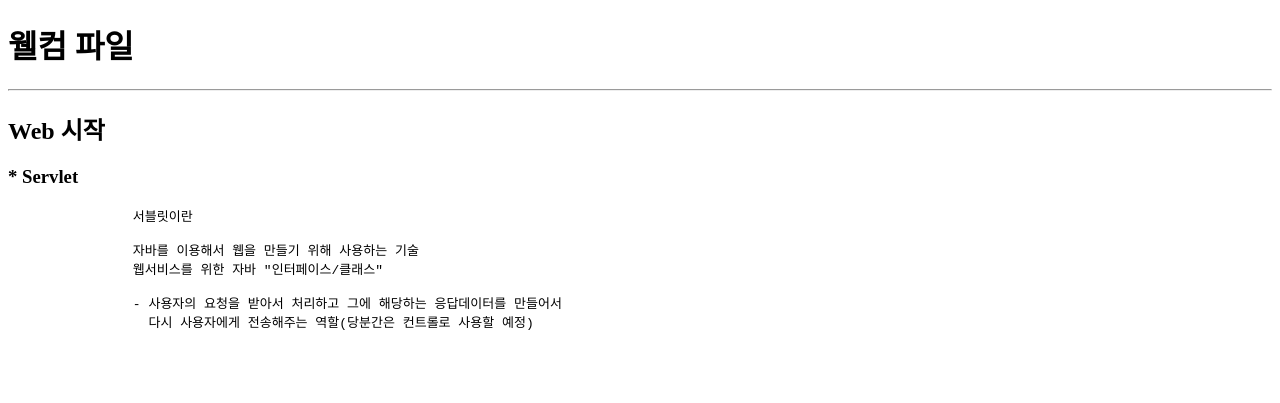
Repository: Simyoungdo04/dynamic-workspace
Page: FirstProject/src/main/webapp/index.html
These files come from the project's save history. The page is drawn as it stood at one moment and after a run of saves; the edit follows.
The browser window is 1280 px wide. The pictures show the whole page.

Above is the page before, as saved 2026-05-04 03:23:30.

### FirstProject/src/main/webapp/index.html
<!DOCTYPE html>
<html>
<head>
<meta charset="UTF-8">
<title>HTML index</title>
</head>
<body>
	<h1>웰컴 파일</h1>
	<!--
		1) 새 워크스페이스 생성 후 이클립스 열기

		2) 작업 환경 구성

			2-1) 보여질 화면요소를 구성

			2-2) 서버 실행환경 구성[Window - Preferences](Server - Runtime Environments)
			이클립스 상에서 서버를 실행할 수 있도록 실행환경을 연동하는 과정
			Add 버튼 클릭 -> 설치한 ApacheTomcat과 동일한 버전을 선택 -> Next버튼 누르기
			-> Browse버튼 클릭 -> 설치한 톰캣 폴더까지 이동(bin폴더가 보여야함) -> Finish버튼 클릭

		3) 서버 생성하기[Servers]

			3-1) [Server] - [New] - [Server]

			3-2) 2-2번 작업을 하고 왔다면 기본적으로 Runtime이 잡혀있음

			3-3) Finish버튼 클릭

			3-4) 서버 세티아기(만들어진 서버를 더블클릭)

				3-4-1) 왼쪽 하단에 ServerOptions탭이 있음 -> Server Module Publishing 체크박스 체크
				=> 체크를 안하면 file upload / download 경로 지정이 운영체제 상 숨김폴더로 지정

				3-4-2) 포트번호 충돌을 방지하기 위해서 포트번호 재설정 -> 작업이 끝나면 반드시 저장

			4) Dynamic Web Project 만들기 [Project Explorer - new]

				4-1) 프로젝트명 작성하기 - Next버튼 클릭

				4-2) default output folder 경로 재설정 :
					 src/main/webapp/WEB-INF/classes
				=> classes 폴더 안에 컴파일이 끝난 .class파일이 들어감
				WEB-INF안에 만들어두지 않으면 외부에서 접근이 가능하기 때문에 보안상 취양하다
				- Next버튼 클릭

				4-3) Context root : 애플리케이션만의 고유한 별칭으로 만들어줌(기본값 : 프로젝트 명)
				재정의 해서 쓰는것이 일반적임 실제로 매우 자주 바뀜
				=> 하나의 서버로 여러 개의 애플리케이션을 구동할 수 있음
				고유한 이름을 통해 애플리케이션에 요청을 보내는 경로로 사용할 수 있음

				Content Directory : 실제 배포되는 폴더(서버에 올라가는 폴더)의 최상위 폴더명
				=> 건들지 않음

				Generate web.xml deployment descriptor : 기본적으로 체크 X
				=> 현재 애플리케이션의 정보를 담는 파일 => 나는 죽었다깨어나도 바꿀 일 없다 => 안만들어도 무방
				Finish 버튼 클릭
	 -->

	 <hr>

	 <h2>Web 시작</h2>

	 <h3>* Servlet</h3>

	 <pre>
	 	서블릿이란

	 	자바를 이용해서 웹을 만들기 위해 사용하는 기술
	 	웹서비스를 위한 자바 "인터페이스/클래스"

	 	- 사용자의 요청을 받아서 처리하고 그에 해당하는 응답데이터를 만들어서
	 	  다시 사용자에게 전송해주는 역할(당분간은 컨트롤로 사용할 예정)


	 </pre>















</body>
</html>

After the next 4 saves:
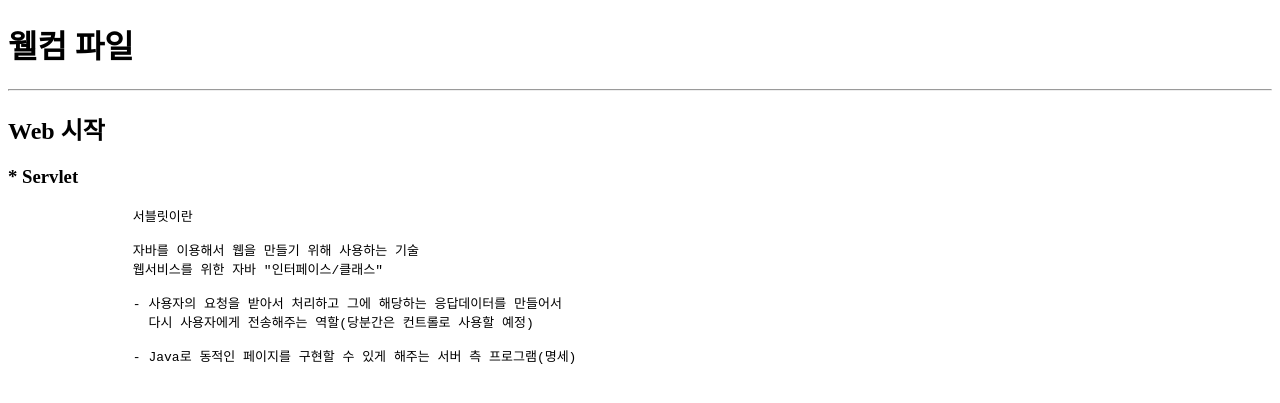
The 4 saves are shown as one change because they came seconds apart.
The last was saved 25 s later.
--- a/FirstProject/src/main/webapp/index.html
+++ b/FirstProject/src/main/webapp/index.html
@@ -71,7 +71,7 @@
 	 	- 사용자의 요청을 받아서 처리하고 그에 해당하는 응답데이터를 만들어서
 	 	  다시 사용자에게 전송해주는 역할(당분간은 컨트롤로 사용할 예정)
 
-
+	 	- Java로 동적인 페이지를 구현할 수 있게 해주는 서버 측 프로그램(명세)
 	 </pre>
 
 
